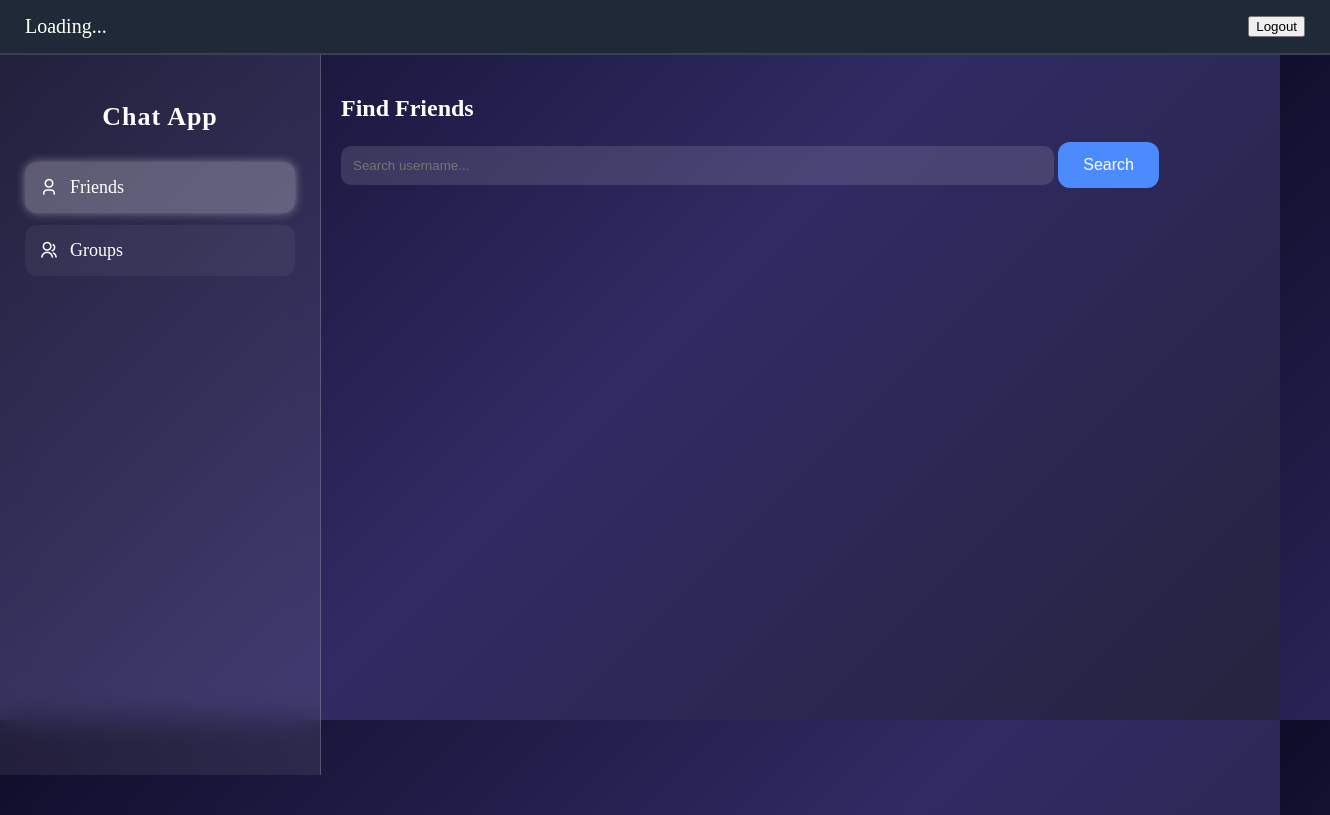
Repository: bharat132002/chat-app
Page: public/index.html
The author's editor kept a copy of each file at every save. The page is drawn from the files as they stood at one save, then again after the next save.
The browser window is 1280 px wide. The page is 1330 px wide, so the pictures cover 1330 px, including what lies to the right of the window. The pictures show the whole page.

Above is the page before, as saved 2025-12-03 14:01:31.

After the next save:
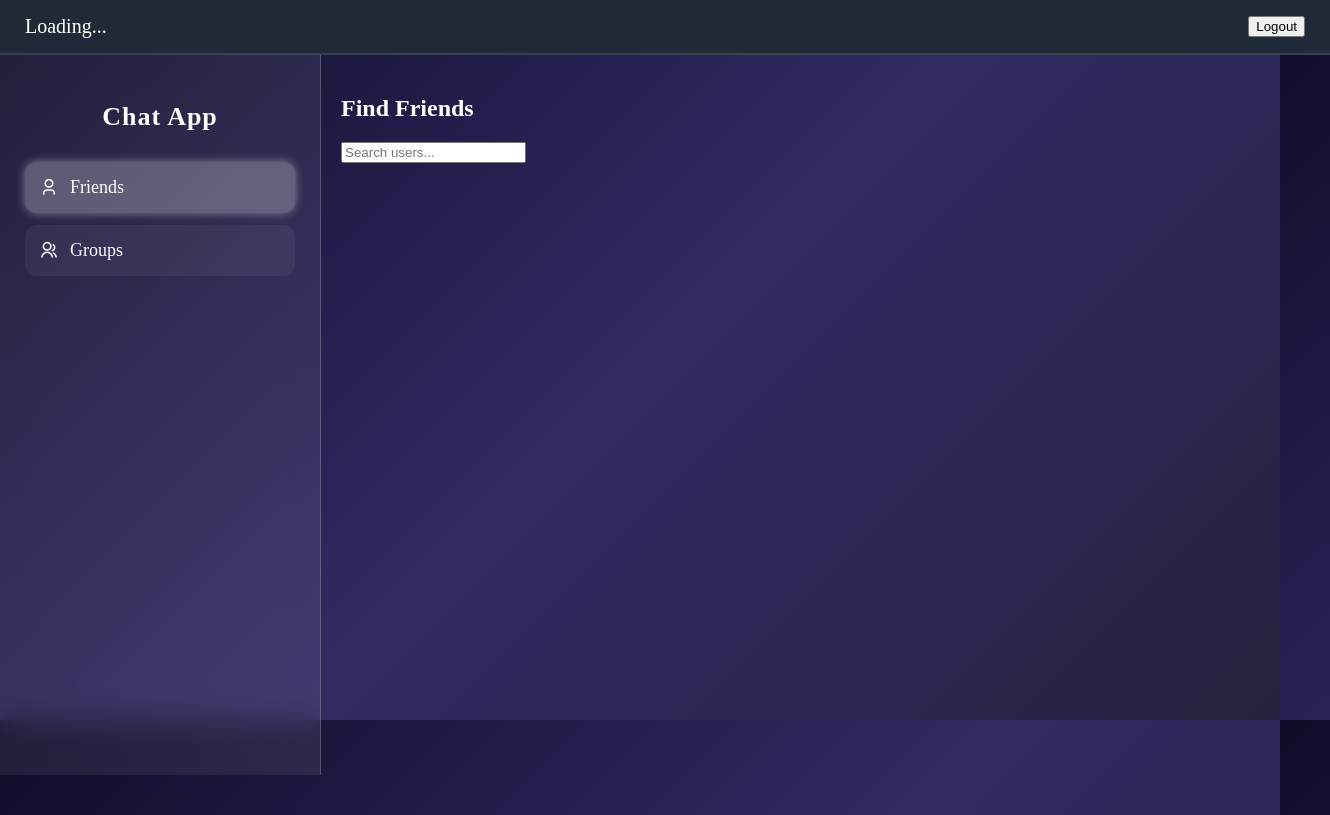
Saved 96 s later.
--- a/public/index.html
+++ b/public/index.html
@@ -191,15 +191,11 @@
     <!-- FRIENDS SCREEN -->
     <div class="screen" id="friends" style="display:block;">
         <h2>Find Friends</h2>
-
-        <div style="margin-top:20px;">
-            <input type="text" id="searchFriendInput" placeholder="Search username..."
-                style="padding:12px; width:75%; border-radius:10px; border:none; background:rgba(255,255,255,0.12); color:white;">
-
-            <button class="send-btn" onclick="searchFriend()">Search</button>
-        </div>
-
-        <div id="searchResults" style="margin-top:25px;"></div>
+<div class="p-2">
+    <input id="searchInput" type="text" class="form-control" placeholder="Search users...">
+</div>
+
+<ul id="searchResults" class="list-group"></ul>
     </div>
 
     <!-- GROUPS -->
